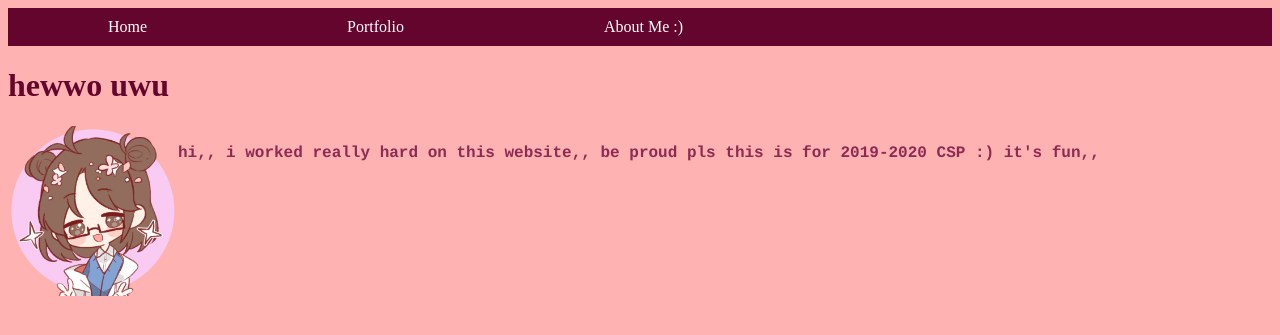
Repository: ycano1934/ycano1934.github.io
Page: my_website/about.html
The author's editor kept a record of every edit. The page is drawn from the files as they stood at one moment, then again after the next edit.
The browser window is 1280 px wide. The pictures show the whole page.

Above is the page before.

After the next edit:
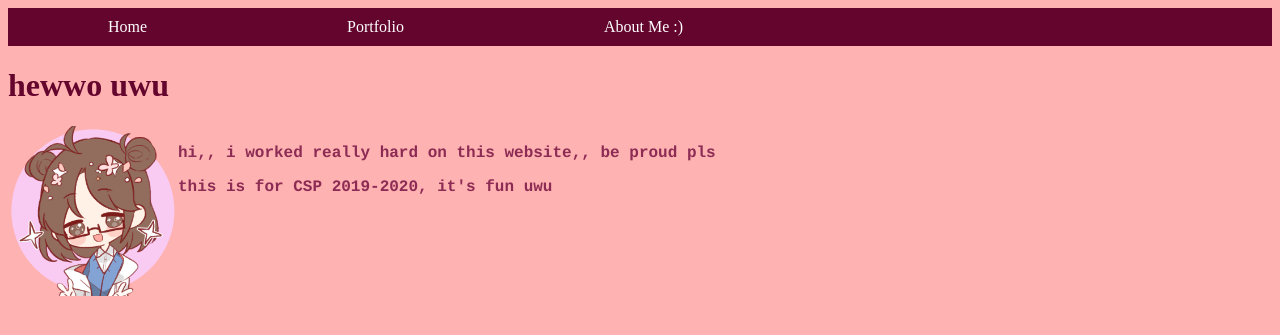
The edit:
--- a/my_website/about.html
+++ b/my_website/about.html
@@ -63,9 +63,8 @@
 
         <p id="paragraphlook">
           <img src="images/avatar.png" height="170" width="170" style="float:left;"><br>
-            <strong>hi,, i worked really hard on this website,, be proud pls<break>
-              this is for 2019-2020 CSP :) it's fun,,
-          </strong></p>
+            <strong>hi,, i worked really hard on this website,, be proud pls</strong></p>
+        <p id="paragraphlook"><strong>this is for CSP 2019-2020, it's fun uwu</strong></p>
 
     </body>
 	</html>
